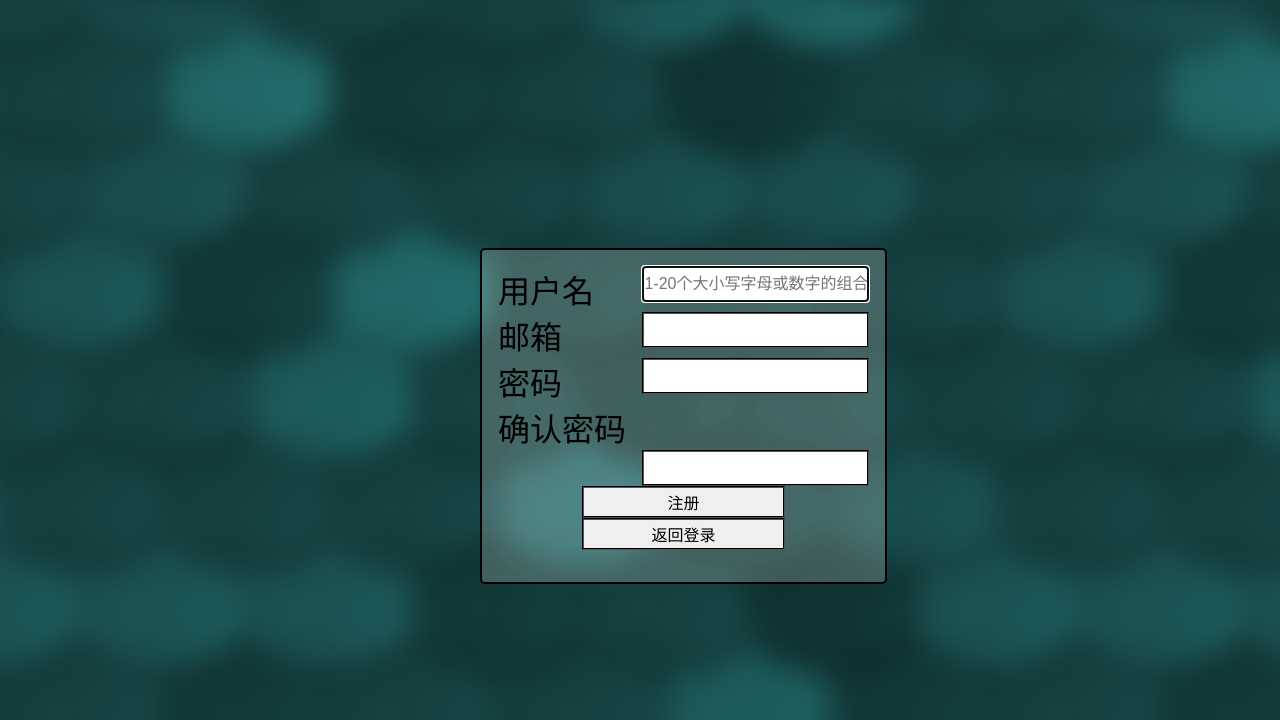
Repository: aoandxie/AoNews
Page: AoNews/WebContent/register.html
These files come from the project's save history. The page is drawn as it stood at one moment and after the next save; the edit follows.
The browser window is 1280 px wide. The pictures show the whole page.

Above is the page before, as saved 2017-03-06 09:35:48.

### AoNews/WebContent/register.html
<!DOCTYPE html>
<html>
<head>
<meta charset="UTF-8">
<title>Ao News 注册</title>
<link type="text/css" rel="stylesheet" href="common_style.css">
<script type="text/javascript">
	function infoVerify() {
		new_user = document.getElementById("Username");
		new_email = document.getElementById("Useremail");
		new_pswd = document.getElementById("pswd1");
		same_pswd = document.getElementById("pswd2");
		if (new_user.value.match("^([a-z]|[A-Z]|[0-9]){1,20}") != null) {
			if (new_email.value.match("^.+@.+") != null) {
				if (new_pswd.value.match("^.{6,20}") != null) {
					if (same_pswd.value == new_pswd) {
						return true;
					} else {
						new_pswd.value = same_pswd.value = "";
						return alertReturn(new_pswd, "两次密码输入不一致");
					}
				} else {
					return alertReturn(new_pswd, "密码应为6-20个字符的组合");
				}
			} else {
				return alertReturn(new_email, "邮箱格式不正确");
			}
		} else {
			return alertReturn(new_user, "用户名应为1-20个大小写字母或数字的组合");
		}
	}

	function alertReturn(field, text) {
		alert(text);
		field.focus();
		return false;
	}
</script>
</head>
<body>
	<div class="Canvas">
		<div class="Form">
			<form action="index.html" method="get">
				<label>用户名</label><input type="text" id="Username" name="new_user"
					autofocus="autofocus" placeholder="1-20个大小写字母或数字的组合"><br> <label>邮箱</label><input
					type="text" name="new_email" id="Useremail"><br> <label>密码</label><input
					type="password" name="new_pswd" id="pswd1"><br> <label>确认密码</label><input
					type="password" name="same_pswd" id="pswd2"><br>
				<div class="Button">
					<input type="submit" value="注册"
						onclick="return infoVerify();"> <input
						type="submit" formaction="index.html" value="返回登录">
				</div>
			</form>
		</div>
	</div>
</body>
</html>

### AoNews/WebContent/common_style.css
@CHARSET "UTF-8";
/* common set */
* {
	margin: 0;
	border: 0;
	padding: 0;
	font-family: Arial, Helvetica, sans-serif;
}

a {
	text-decoration: none;
	color: #000;
}

/* Login & Register */
.Canvas {
	position: fixed;
	background-image: url("back.jpg");
	width: 100%;
	height: 100%;
}

.Form {
	position: fixed;
	background-color: rgba(255, 255, 255, .2);
	left: 35%;
	top: 30%;
	border-radius: 5px;
	border-width: 2px;
	border-color: #000000;
	border-style: solid;
	padding: 1em;
	margin: 2em;
	z-index: 255;
}

.Form label {
	font-size: 2em;
	margin-right: 1em;
	z-index: 255;
}

.Form input {
	float: right;
	height: 2em;
	width: 60%;
	font-size: 1em;
	border-style: groove;
	border-width: 2px;
	border-color: #000000;
}

.LineLabel {
	border-bottom-style: solid;
	border-bottom-width: 2px;
	border-bottom-color: #000000;
}

.Button {
	text-align: center;
	margin: 1em;
}

.Button input{
	float: none;
}

/* Faction & classify */
.Top {
	height: 100px;
	background-image: url("back.jpg");
	width: 100%;
	text-align: center;
}

.Top ul a {
	display: block;
	position: relative;
	float: left;
	width: 50%;
	height: 100px;
	font-size: 4em;
	border-top-left-radius: 5px;
	border-top-right-radius: 5px;
}

.Now a {
	background-color: rgba(255, 255, 255, .2);
}

/* Faction */
.News {
	text-align: left;
	display: block;
	color: #201f35;
	border-radius: 5px;
	border-width: 2px;
	border-color: #555753;
	border-style: solid;
	width: 250px;
	margin: 5px;
}

.News:HOVER {
	background-color: #888a85;
}

.News a {
	font-size: 2em;
	margin: 5px;
}

.News a:CHECKED {
	color: #201f35;
}

/* Classify */
.ClassBoxContainer {
	position: relative;
	top: 20px;
	width: 100%;
	text-align: center;
}

.ClassBox {
	display: block;
	float: left;
	width: 20%;
	margin: 20px 0;
}

.ClassBox a {
	font-size: 2em;
	padding: 10px;
	border-radius: 10px;
	background-color: silver;
}

After the next save:
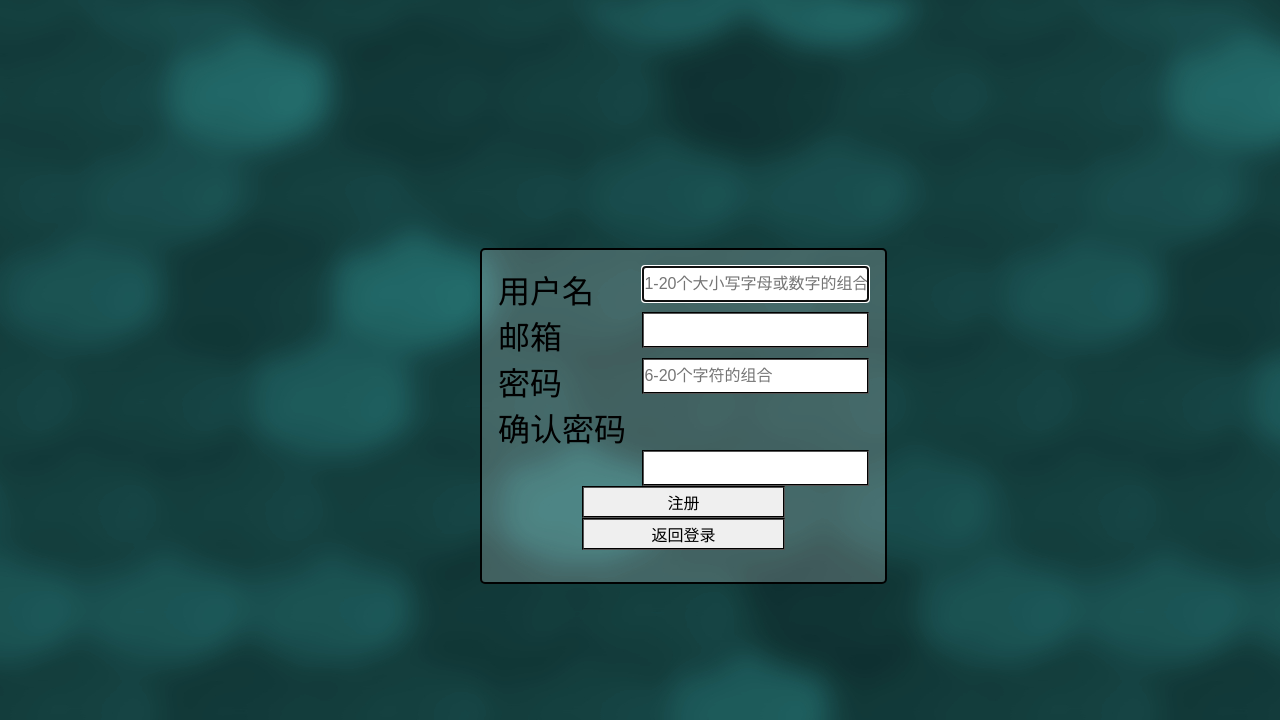
Saved 26 s later.
--- a/AoNews/WebContent/register.html
+++ b/AoNews/WebContent/register.html
@@ -44,7 +44,7 @@
 				<label>用户名</label><input type="text" id="Username" name="new_user"
 					autofocus="autofocus" placeholder="1-20个大小写字母或数字的组合"><br> <label>邮箱</label><input
 					type="text" name="new_email" id="Useremail"><br> <label>密码</label><input
-					type="password" name="new_pswd" id="pswd1"><br> <label>确认密码</label><input
+					type="password" name="new_pswd" id="pswd1" placeholder="6-20个字符的组合"><br> <label>确认密码</label><input
 					type="password" name="same_pswd" id="pswd2"><br>
 				<div class="Button">
 					<input type="submit" value="注册"
